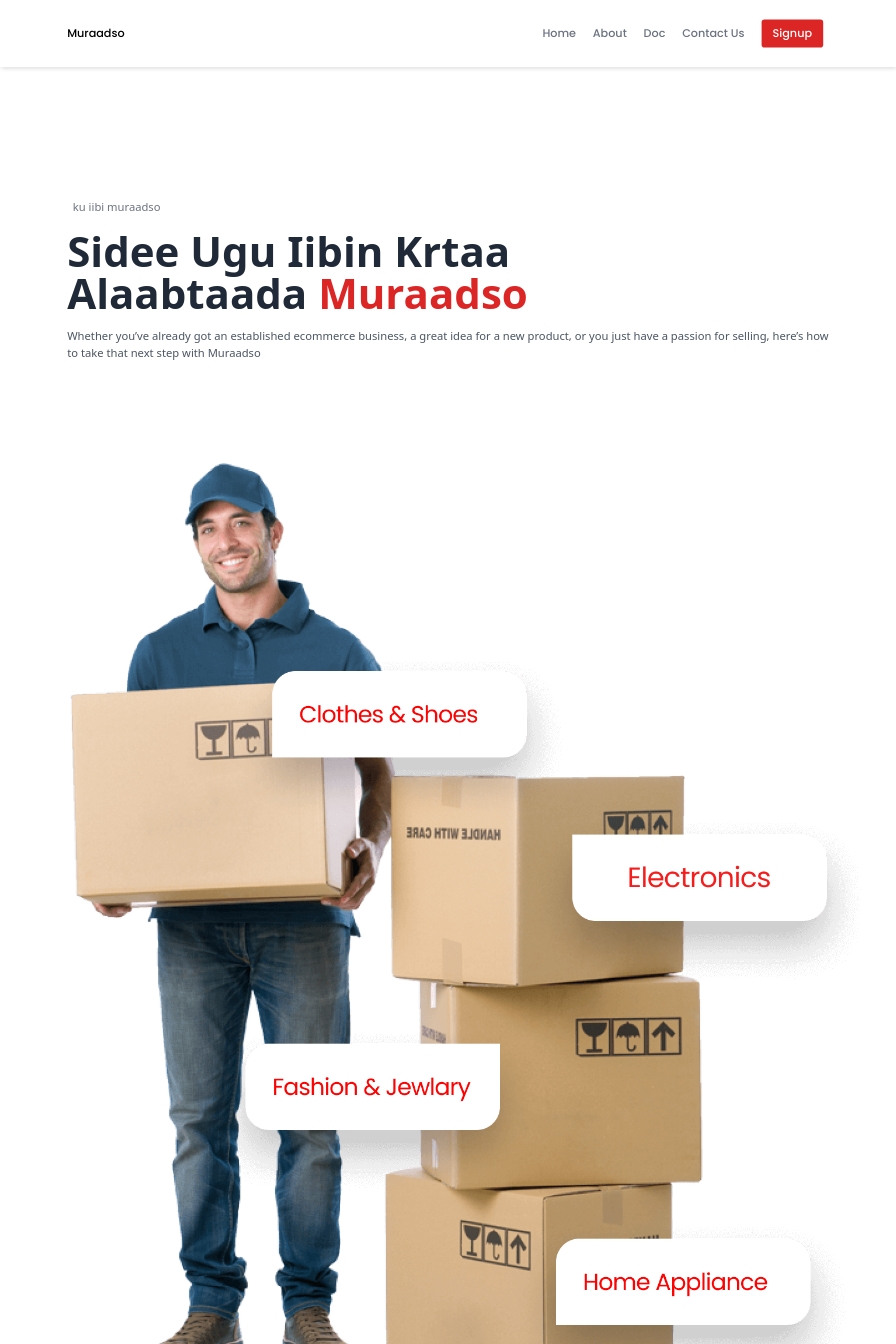
Repository: muraadso/Muraadso-Sellers
Page: /
The author's editor kept a copy of each file at every save. The page is drawn from the files as they stood at one save, then again after the next save.
The browser window is 1280 px wide. The pictures show the part of the page from y = 0 to 1920 px (the page is 2647 px tall before and 1472 px after), at 70% of full size.
The project was rebuilt for these pictures with package versions that can differ from the ones it lists, and the page was loaded fresh each time. The framework's server and built-in components were replaced by stand-ins that run in the browser. Also part of the build but not shown: next.config.js.

Above is the page before, as saved 2021-12-05 19:45:59.

### pages/_app.js
import '../styles/globals.css'
 import 'tailwindcss/tailwind.css'
import { Layout } from '../components/Layout'


function MyApp({ Component, pageProps }) {
  return (
    <Layout>
      <Component {...pageProps} />
    </Layout>
  )
}

export default MyApp

### pages/index.js
import Head from 'next/head'
import Image from 'next/image'
import Navbar from '../components/Navbar'
import Hero from '../components/Hero'
import About from '../components/About'
import styles from '../styles/Home.module.css'


export default function Home() {
  return (
    <div className={styles.container}>
      <Head>
        <title>Muraadso Sellers</title>
        <meta name="description" content="Generated by create next app" />
        <link rel="icon" href="/favicon.ico" />
      </Head>
      <Hero />
      <About />
    </div>
  )
}

### styles/globals.css
@import url('https://fonts.googleapis.com/css2?family=Lato:ital,wght@0,300;0,400;0,700;0,900;1,700&family=Poppins:wght@200;300;400;500;600;700&display=swap');
html,
body {
  padding: 0;
  margin: 0;
}

a {
  color: inherit;
  text-decoration: none;
}

* {
  box-sizing: border-box;
}


.navbar {
  box-shadow: 2px 1px 7px rgba(0, 0, 0, 0.226);
  font-family: 'Poppins', sans-serif  ;
  font-weight: 500;

}
  .logo{
    font-family: 'Lato', sans-serif;
    font-weight: 700;
    color: rgb(233, 59, 59);
    font-size: 20px ;
  }

.nav{
}





@media screen and  (max-width: 415px){
  .nav{
    display: flex;
    color: blue;
    flex-direction: row;
  }
}




@tailwind base;
@tailwind components;
@tailwind utilities

### components/Layout.js
import Navbar from "./Navbar"
import Footer from "./Footer"

export const Layout = ({children}) => {
    return (
        <div className="layout">
            <Navbar />
                {children}
            <Footer />



        </div>
    )
}

### components/Navbar.jsx
import React, { useState } from "react";
import { HiOutlineMenuAlt2, HiOutlineMenuAlt3 } from "react-icons/hi";



export default function Navbar() {
  const [showNav, setShowNav] = useState(false);

  return (
    <nav className="sticky top-0 z-20 items-center justify-between bg-white px-14 md:px-24 md:py-5 navbar md:flex">
      <div className="flex items-center justify-between">
        <a href="#">
          <h2>Muraadso</h2>
        </a>


        {showNav ? (
          <HiOutlineMenuAlt3
            onClick={() => setShowNav(!showNav)}
            className="block w-10 h-10 p-2 cursor-pointer md:hidden"
          />
        ) : (
          <HiOutlineMenuAlt2
            onClick={() => setShowNav(!showNav)}
            className="block w-10 h-10 p-2 cursor-pointer md:hidden"
          />
        )}
      </div>

      <ul
        className={
          (showNav ? "left-0" : "-left-full") +
          " md:static fixed bottom-0 md:ml-24 top-14 md:flex md:space-x-6 items-center md:bg-transparent bg-white bg-opacity-90 md:w-auto w-10/12 md:text-gray-500 text-gray-800  md:space-y-0 space-y-5 p-2 transition-left nav"
        }
      >
        <a href="#"> Home</a>
        <a href="#"> About</a>
        <a href="#"> Doc</a>
        <a href="#"> Contact Us</a>
      <a className="px-4 py-2 text-white bg-red-600 rounded" href="">Signup</a>
      </ul>
    </nav>
  );
}

























// const Navbar = () => {
//     return (
//         <div>
//      <div className="sticky top-0 z-20 items-center justify-between bg-white md:flex navbar">
//          <a className="logo" href="#">Muraadso</a>
//          <nav className="fixed bottom-0 items-center w-10/12 p-2 space-y-5 text-white bg-gray-500 md:static top-12 md:flex md:space-x-7 md:bg-transparent bg-opacity-90 md:w-auto md:text-gray-500 md:space-y-0 transition-left nav">
//              <a className="hover:text-red-600" href="">Home</a>
//              <a className="hover:text-red-600" href="">About</a>
//              <a className="hover:text-red-600" href="">Doc</a>
//              <a className="hover:text-red-600" href="">Contact Us</a>
//          </nav>
//          <a href="#" className="px-4 py-2 text-white bg-red-600 rounded hover:bg-red-700 signup ">Signup</a>
//      </div>

//         </div>
//     )
// }

// export default Navbar

### components/Hero.jsx
const Hero = () => {
    return (
        <div className="grid-colmd:s-2 md:grid md:mt-11 hero">
                <div className="md:px-16 py-36 herotxt">
                    <h6 className="px-2 font-medium text-gray-500">ku iibi muraadso</h6>
                    <h1 className="my-5 md:font-bold md:text-gray-800 md:capitalize lg:text-6xl">sidee ugu iibin krtaa <br /> alaabtaada <span className="md:text-red-600">muraadso </span></h1>
                    <p className="text-gray-600" >Whether you’ve already got an established ecommerce business, a great idea for a new product, or you just have a passion for selling, here’s how to take that next step with Muraadso</p>
                </div>
                <div className="heroimg">
                    <img className="w-4/4 "  src="/images/heroimage.png" alt="heroimage" />
                </div>

        </div>
    )
}

export default Hero

### components/About.jsx

const About = () => {
    return (
        <div className="mt-32">
            <h1 className="text-3xl font-bold text-center">Ku Iibso Muraadso</h1>
            <div className="md:px-16 md:grid-cols-2 md:grid about-content">
                <div className="mt-24 aboutimg">
            <img src="/images/aboutimage.png" className="md:h-96" alt="about image" />
                </div>
                <div className="mt-24 about-text">
                    <p className="text-xl">
                        Muraadso waa hogaanka suuqa casriga ee online waana suuq aad ku iibin kartid alaabtaada, ahaw ganacsade alaabta sameeya, mid soo dajiya, si fudud ayaad ugu iibin kartaa suuqa casriga muraadso, sidoo kale ka mid noqo ganacsiyada shabakada internet ku iibiya alaabaha adiga oon ku kharash badan galin, kana faa’idaysanaya khubarada team ka muraadso helayana tobabaro iyo caawimo sidaad ugu iibin lahayd muraadso dhexdeeda Ku dhex iibta muraadso waa wax fudud sidoo kalena kharash yari kaaga bixi karo ama wax kharash ahi kaa baxayn, kaliya waxa lagaaga bahanyay in aad is diwaan galisid, kuna gurtid alaabta aad haysid online shirkada sidaana aad ku bilawdid iibka alaabtaada  .... <span className="text-red-600">Read More</span>
                    </p>
                </div>


            </div>
        </div>
    )
}

export default About

### components/Footer.jsx
const Footer = () => {
    return (
        <div>
        </div>
    )
}

export default Footer

### tailwind.config.js
module.exports = {
   purge: ['./pages/**/*.{js,ts,jsx,tsx}', './components/**/*.{js,ts,jsx,tsx}'],
  darkMode: false, // or 'media' or 'class'
  theme: {
    extend: {
      transitionProperty: {
         'left': 'left',
        }
    },

  },
  variants: {
    extend: {},
  },
  plugins: [],
}

Loaded but not shown: pages/api/hello.js (common file); styles/Home.module.css (common file)

After the next save:
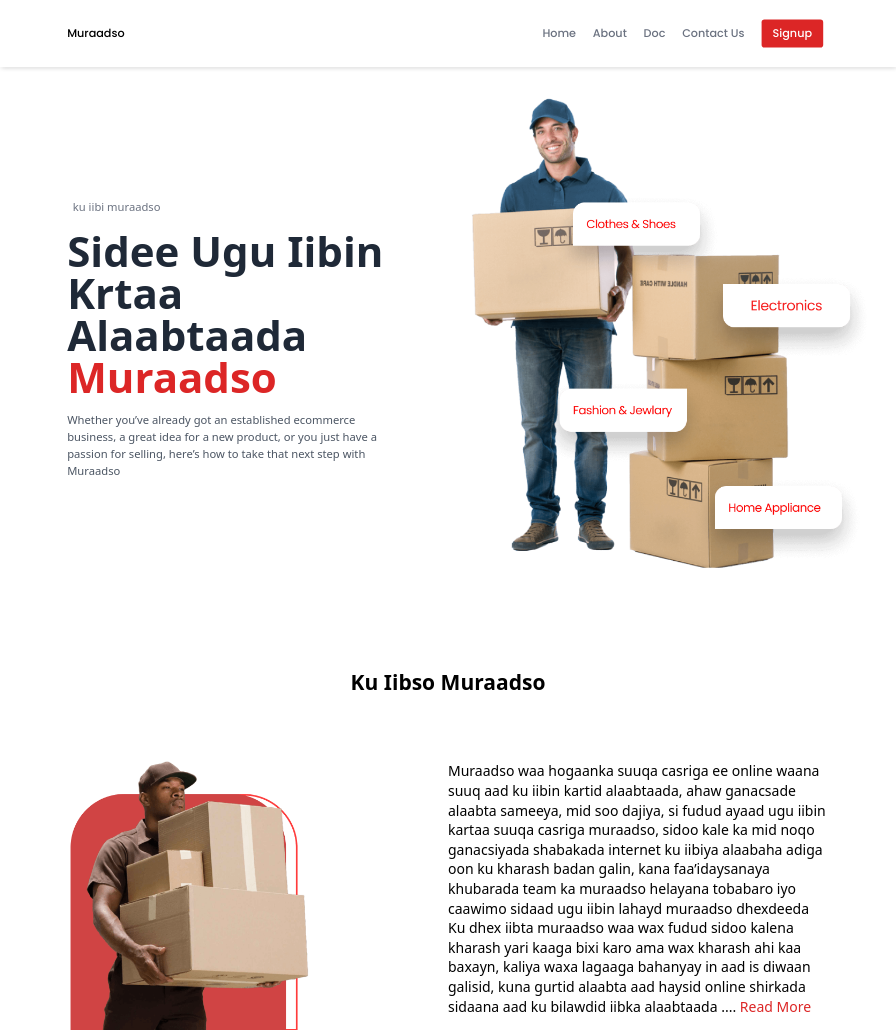
Saved 31 s later.
--- a/components/Hero.jsx
+++ b/components/Hero.jsx
@@ -1,6 +1,6 @@
 const Hero = () => {
     return (
-        <div className="grid-colmd:s-2 md:grid md:mt-11 hero">
+        <div className="grid-cols-2 md:grid md:mt-11 hero">
                 <div className="md:px-16 py-36 herotxt">
                     <h6 className="px-2 font-medium text-gray-500">ku iibi muraadso</h6>
                     <h1 className="my-5 md:font-bold md:text-gray-800 md:capitalize lg:text-6xl">sidee ugu iibin krtaa <br /> alaabtaada <span className="md:text-red-600">muraadso </span></h1>
